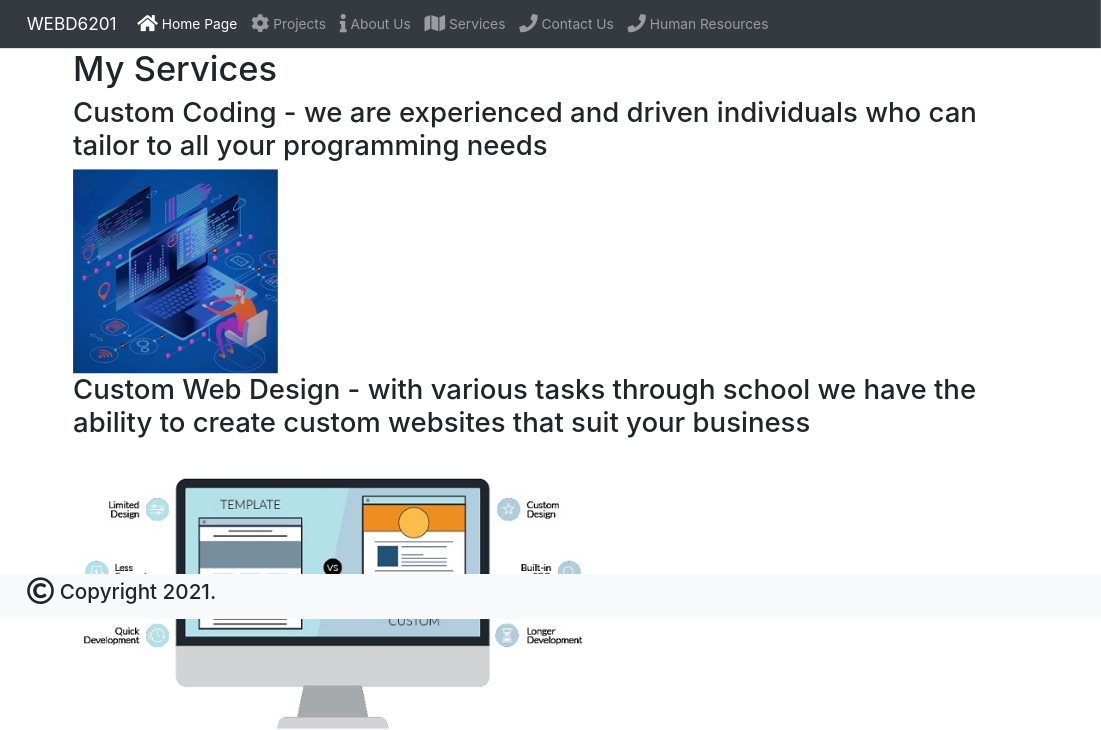
Repository: arbin6ix/ICE-2
Page: services.html
An editor plug-in stored every save of this project. The page is shown before and after the next save, followed by the edit.
The browser window is 1280 px wide. The pictures show the whole page, at 86% of full size.

Above is the page before, as saved 2021-02-05 22:51:19.

After the next save:
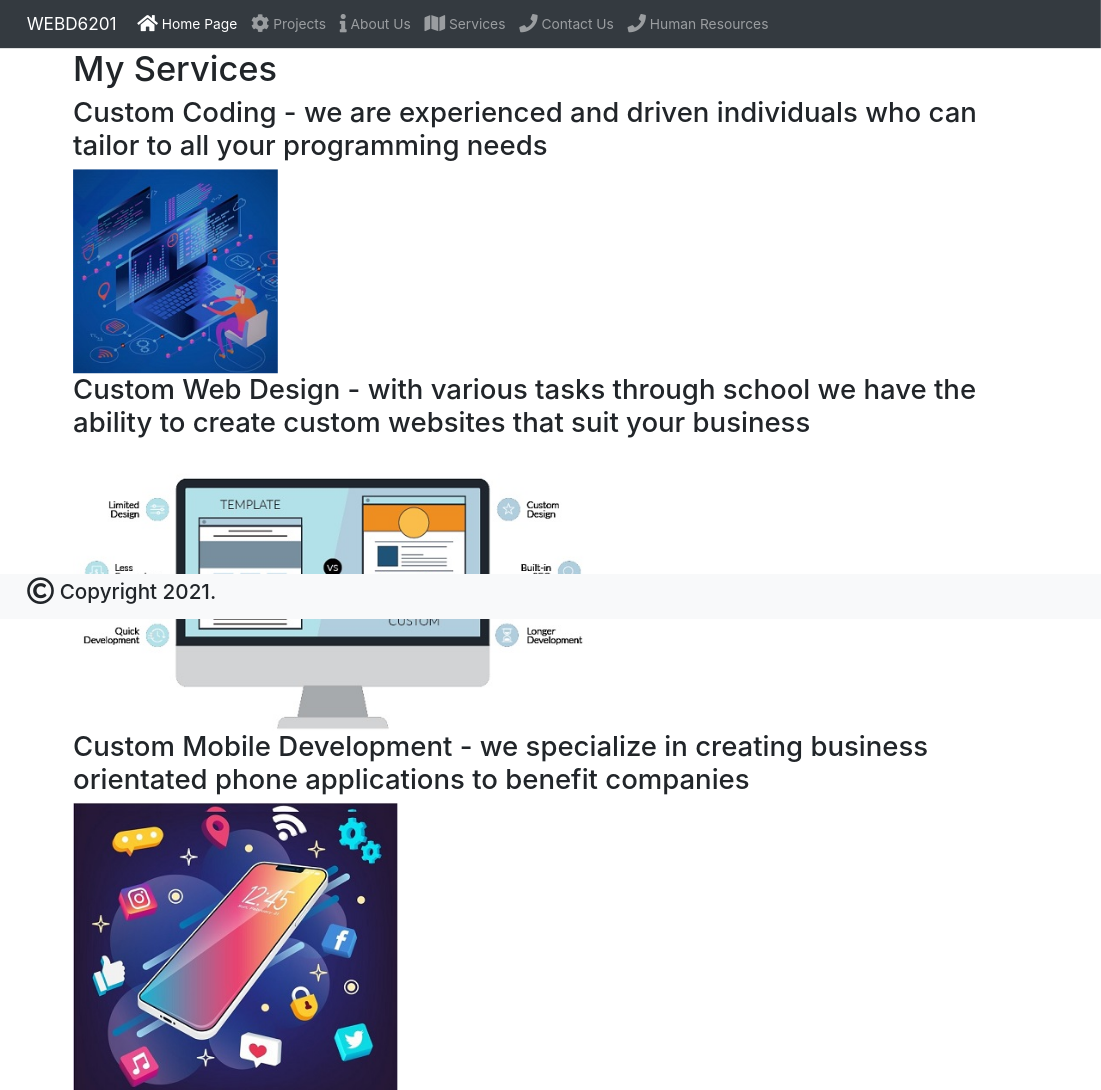
Saved 5 min 14 s later.
--- a/services.html
+++ b/services.html
@@ -56,6 +56,8 @@
         <img src="images/coding.jpg">
         <h2>Custom Web Design - with various tasks through school we have the ability to create custom websites that suit your business</h2>
         <img src="images/webdesign.jpg">
+        <h2>Custom Mobile Development - we specialize in creating business orientated phone applications to benefit companies</h2>
+        <img src="images/mobileapp.jpg">
     </main>
 
     <!-- Main Footer -->
